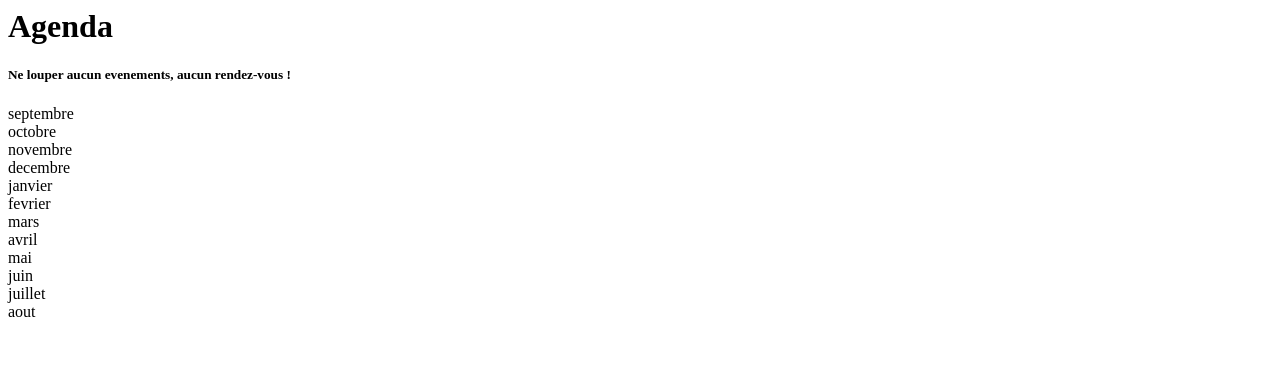
Repository: numericgraphics/Rosiere_Service
Page: www/templates/agenda.html
The author's editor kept a record of every edit. The page is drawn from the files as they stood at one moment, then again after the next edit.
The browser window is 1280 px wide. The pictures show the whole page.

Above is the page before.

After the next edit:
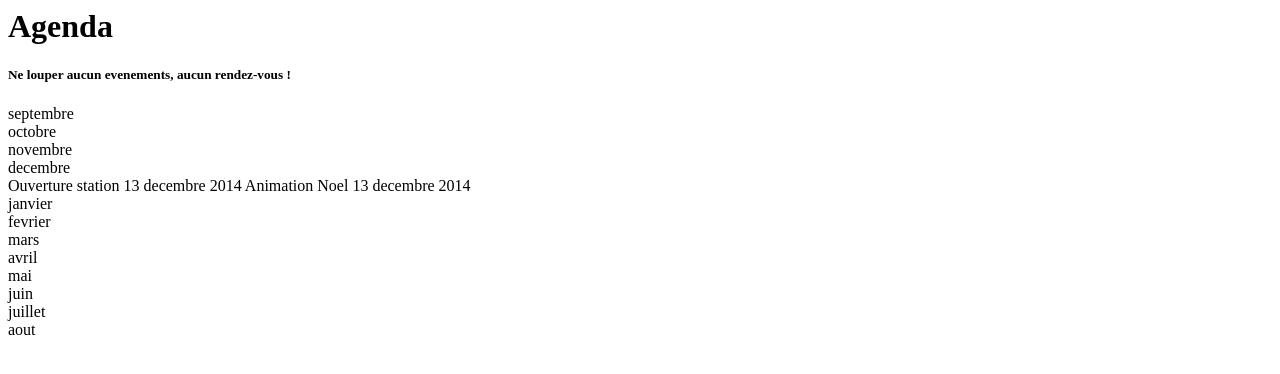
The edit:
--- a/www/templates/agenda.html
+++ b/www/templates/agenda.html
@@ -19,6 +19,18 @@
           <div class="item item-divider">
             decembre
           </div>
+          <a class="item">
+            Ouverture station
+            <span class="item-note">
+              13 decembre 2014
+            </span>
+          </a>
+          <a class="item">
+            Animation Noel
+            <span class="item-note">
+              13 decembre 2014
+            </span>
+          </a>
           <div class="item item-divider">
             janvier
           </div>
